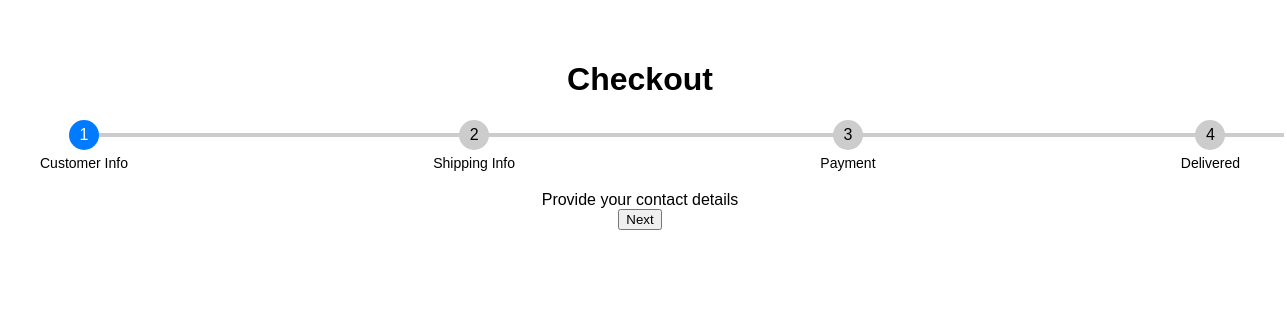
Repository: s-babaeizadeh/stepper-react
Page: /
These files come from the project's save history. The page is drawn as it stood at one moment and after the next save; the edit follows.
The browser window is 1280 px wide. The page is 1284 px wide, then 1287 px, then 1284 px, so the pictures cover 1287 px, including what lies to the right of the window. The pictures show the whole page.
The project was rebuilt for these pictures with package versions that can differ from the ones it lists, and the page was loaded fresh each time. Also part of the build but not shown: vite.config.js.

Above is the page before, as saved 2024-08-10 12:14:37.

### src/App.jsx
import { Component, useState } from "react";

import "./App.css";
import CheckoutSteeper from "./components/CheckoutSteeper";

const CHECKOUT_STEPS = [
  {
    name: "Customer Info",
    Component: () => <div>Provide your contact details</div>,
  },
  {
    name: "Shipping Info",
    Component: () => <div>Enter you shipping address</div>,
  },
  {
    name: "Payment",
    Component: () => <div>Complete payment for your order</div>,
  },
  {
    name: "Delivered",
    Component: () => <div>Your order has been delivered</div>,
  },
];

function App() {
  return (
    <>
      <h1>Checkout</h1>
      <CheckoutSteeper stepsConfig={CHECKOUT_STEPS} />
    </>
  );
}

export default App;

### src/index.css
body {
  font-family: sans-serif;
}

.stepper {
  position: relative;
  display: flex;
  justify-content: space-between;
  align-items: center;
  margin-bottom: 20px;
}

.step {
  display: flex;
  flex-direction: column;
  align-items: center;
}

.step-number {
  width: 30px;
  height: 30px;
  border-radius: 50%;
  background-color: #ccc;
  display: flex;
  justify-content: center;
  align-items: center;
  margin-bottom: 5px;
  z-index: 2;
}

.step-name {
  font-size: 14px;
}

.active .step-number {
  background-color: #007bff;
  color: #fff;
}

.complete .step-number {
  background-color: #28a745;
  color: #fff;
}

.progress-bar {
  position: absolute;
  top: 25%;
  left: 0;
  height: 4px;
  background-color: #ccc;
}

.progress {
  height: 100%;
  background-color: #28a745;
  transition: 0.2s ease;
}

### src/App.css
#root {
  /* max-width: 1280px; */
  margin: 0 auto;
  padding: 2rem;
  text-align: center;
}

.step-name {
  font-size: 14px;
}

.active .step-number {
  background-color: #007bff;
  color: #fff;
}

.complete .step-number {
  background-color: #28a745;
  color: #fff;
}

.progress-bar {
  position: absolute;
  top: 25%;
  width: 100%;
  left: 0;
  height: 4px;
  background-color: #ccc;
}

.progress {
  height: 100%;
  background-color: #28a745;
  transition: 0.2s ease;
}

### src/components/CheckoutSteeper.jsx
/* eslint-disable react/prop-types */

import { useEffect, useRef, useState } from "react";

const CheckoutStepper = ({ stepsConfig = [] }) => {
  const [currentStep, setCurrentStep] = useState(1);
  const [isComplete, setIsComplete] = useState(false);
  const [margins, setMargins] = useState({
    marginLeft: 0,
    marginRight: 0,
  });
  const stepRef = useRef([]);

  useEffect(() => {
    setMargins({
      marginLeft: stepRef.current[0].offsetWidth / 2,
      marginRight: stepRef.current[stepsConfig.length - 1].offsetWidth / 2,
    });
  }, [stepRef, stepsConfig.length]);

  if (!stepsConfig.length) {
    return <></>;
  }

  const handleNext = () => {
    setCurrentStep((prevStep) => {
      if (prevStep === stepsConfig.length) {
        setIsComplete(true);
        return prevStep;
      } else {
        return prevStep + 1;
      }
    });
  };

  const calculateProgressBarWidth = () => {
    return ((currentStep - 1) / (stepsConfig.length - 1)) * 100;
  };

  const ActiveComponent = stepsConfig[currentStep - 1]?.Component;

  return (
    <>
      <div className="stepper">
        {stepsConfig.map((step, index) => {
          return (
            <div
              key={step.name}
              ref={(el) => (stepRef.current[index] = el)}
              className={`step ${
                currentStep > index + 1 || isComplete ? "complete" : ""
              } ${currentStep === index + 1 ? "active" : ""} `}
            >
              <div className="step-number">
                {currentStep > index + 1 || isComplete ? (
                  <span>&#10003;</span>
                ) : (
                  index + 1
                )}
              </div>
              <div className="step-name">{step.name}</div>
            </div>
          );
        })}

        <div
          className="progress-bar"
          style={{
            width: `calc(100%-${margins.marginLeft + margins.marginRight}px)`,
            marginLeft: margins.marginLeft,
            marginRight: margins.marginRight,
          }}
        >
          <div
            className="progress"
            style={{ width: `${calculateProgressBarWidth()}%` }}
          ></div>
        </div>
      </div>

      <ActiveComponent />

      {!isComplete && (
        <button className="btn" onClick={handleNext}>
          {currentStep === stepsConfig.length ? "Finish" : "Next"}
        </button>
      )}
    </>
  );
};

export default CheckoutStepper;

Loaded but not shown: index.html (common file); src/main.jsx (common file)

After the next save:
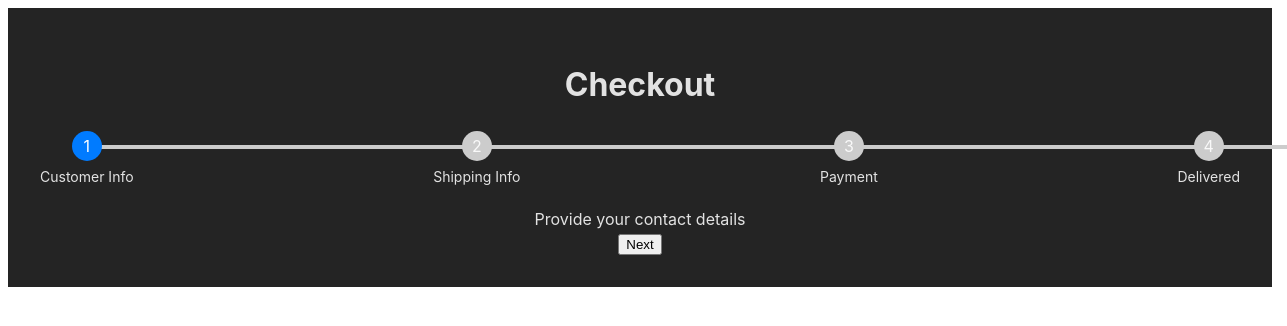
Saved 28 s later.
--- a/src/App.css
+++ b/src/App.css
@@ -3,6 +3,18 @@
   margin: 0 auto;
   padding: 2rem;
   text-align: center;
+  font-family: Inter, system-ui, Avenir, Helvetica, Arial, sans-serif;
+  line-height: 1.5;
+  font-weight: 400;
+
+  color-scheme: light dark;
+  color: rgba(255, 255, 255, 0.87);
+  background-color: #242424;
+
+  font-synthesis: none;
+  text-rendering: optimizeLegibility;
+  -webkit-font-smoothing: antialiased;
+  -moz-osx-font-smoothing: grayscale;
 }
 
 .step-name {

After the save that followed:
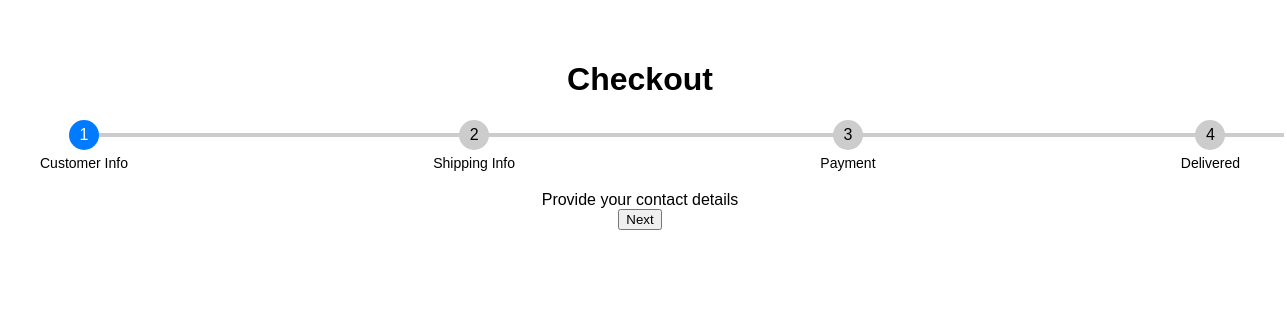
Saved 11 s later.
--- a/src/App.css
+++ b/src/App.css
@@ -3,18 +3,6 @@
   margin: 0 auto;
   padding: 2rem;
   text-align: center;
-  font-family: Inter, system-ui, Avenir, Helvetica, Arial, sans-serif;
-  line-height: 1.5;
-  font-weight: 400;
-
-  color-scheme: light dark;
-  color: rgba(255, 255, 255, 0.87);
-  background-color: #242424;
-
-  font-synthesis: none;
-  text-rendering: optimizeLegibility;
-  -webkit-font-smoothing: antialiased;
-  -moz-osx-font-smoothing: grayscale;
 }
 
 .step-name {
